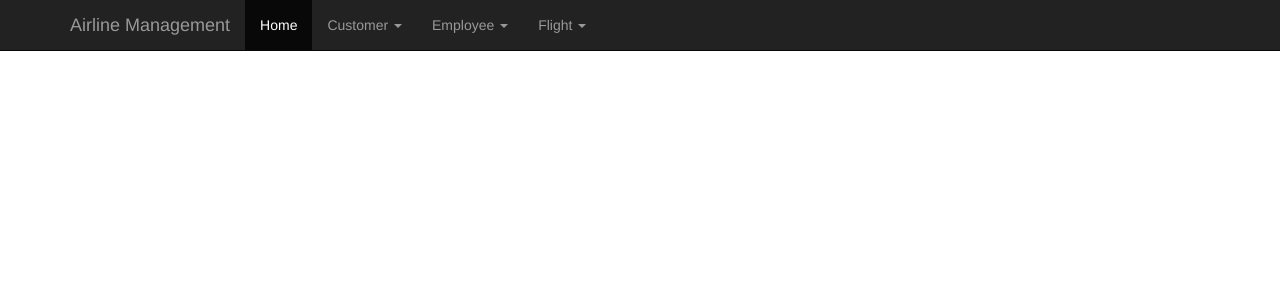
Repository: harshadrane89/CMPE273-WebService-AirlineManagement
Page: http://localhost/AirlineManagementSystemClient/TwitterGUI/Navbar.jsp
These files come from the project's save history. The page is drawn as it stood at one moment and after the next save; the edit follows.
The browser window is 1280 px wide. The pictures show the whole page.
Some web libraries are served in a nearby version. The page is served by Tomcat 9. Other server files are loaded and not shown.

Above is the page before, as saved 2013-12-08 04:30:50.

### 273_Project_Tomcat/AirlineManagementSystemClient/WebContent/TwitterGUI/Navbar.jsp
<%@ page language="java" contentType="text/html; charset=ISO-8859-1"
    pageEncoding="ISO-8859-1"%>
<!DOCTYPE html PUBLIC "-//W3C//DTD HTML 4.01 Transitional//EN" "http://www.w3.org/TR/html4/loose.dtd">
<html>
<head>
<meta http-equiv="Content-Type" content="text/html; charset=ISO-8859-1">
 <link href="../css/bootstrap.css" rel="stylesheet" media="screen">



</head>
<body>

<form action="../Navigator" method="post">
	   <div class="navbar navbar-inverse navbar-fixed-top" role="navigation">
      <div class="container">
        <div class="navbar-header">
          <button type="button" class="navbar-toggle" data-toggle="collapse" data-target=".navbar-collapse">
            <span class="sr-only">Toggle navigation</span>
            <span class="icon-bar"></span>
            <span class="icon-bar"></span>
            <span class="icon-bar"></span>
          </button>
          <a class="navbar-brand" href="#">Airline Management</a>
        </div>
        <div class="navbar-collapse collapse">
          <ul class="nav navbar-nav">
            <li class="active"><a href="#">Home</a></li>
            <li class="dropdown">
              <a href="#" class="dropdown-toggle" data-toggle="dropdown">Customer <b class="caret"></b></a>
              <ul class="dropdown-menu">
                <li><input type="submit" value="Create New Customer" name="1" class="btn btn-link"></li>
                <li><input type="submit" value="Search Customer" name="2" class="btn btn-link"></li>

              </ul>
            </li>
              <li class="dropdown">
              <a href="#" class="dropdown-toggle" data-toggle="dropdown">Employee <b class="caret"></b></a>
              <ul class="dropdown-menu">
                <li><input type="submit" value="Create New Employee" name="3" class="btn btn-link"></li>
                <li><input type="submit" value="Search Employee" name="4" class="btn btn-link"></li>
              </ul>
            </li>
              <li class="dropdown">
              <a href="#" class="dropdown-toggle" data-toggle="dropdown">Flight <b class="caret"></b></a>
              <ul class="dropdown-menu">
              <li><input type="submit" value="Create Flight" name="5" class="btn btn-link"></li>
                <li><input type="submit" value="Search Flight" name="6" class="btn btn-link"></li>

              </ul>
            </li>
          </ul>
        </div><!--/.nav-collapse -->
      </div>
    </div>
</form>
  <script src="https://code.jquery.com/jquery-1.10.2.min.js"></script>
	<script src="../js/bootstrap.min.js"></script>

</body>
</html>

Loaded but not shown: 273_Project_Tomcat/AirlineManagementSystemClient/WebContent/css/bootstrap.css (library); 273_Project_Tomcat/AirlineManagementSystemClient/WebContent/js/bootstrap.min.js (library)

After the next save:
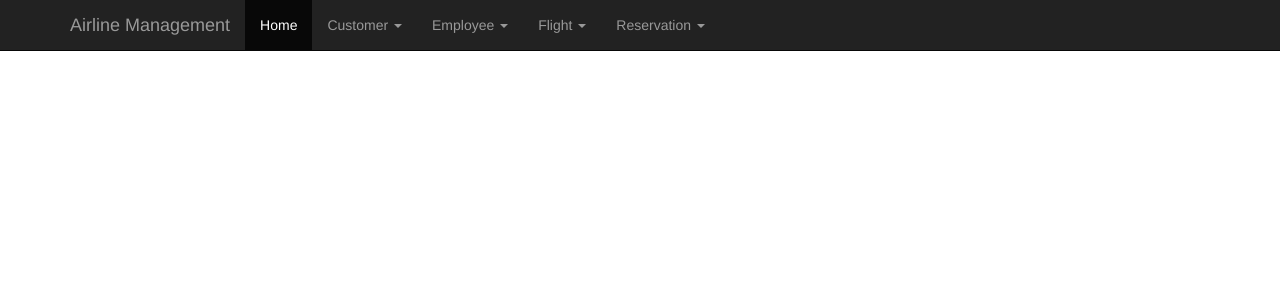
Saved 20 min 23 s later.
--- a/273_Project_Tomcat/AirlineManagementSystemClient/WebContent/TwitterGUI/Navbar.jsp
+++ b/273_Project_Tomcat/AirlineManagementSystemClient/WebContent/TwitterGUI/Navbar.jsp
@@ -49,6 +49,17 @@
 
               </ul>
             </li>
+
+                    <li class="dropdown">
+              <a href="#" class="dropdown-toggle" data-toggle="dropdown">Reservation <b class="caret"></b></a>
+              <ul class="dropdown-menu">
+              <li><input type="submit" value="Create Flight" name="5" class="btn btn-link"></li>
+                <li><input type="submit" value="Search Flight" name="6" class="btn btn-link"></li>
+
+              </ul>
+            </li>
+
+
           </ul>
         </div><!--/.nav-collapse -->
       </div>
